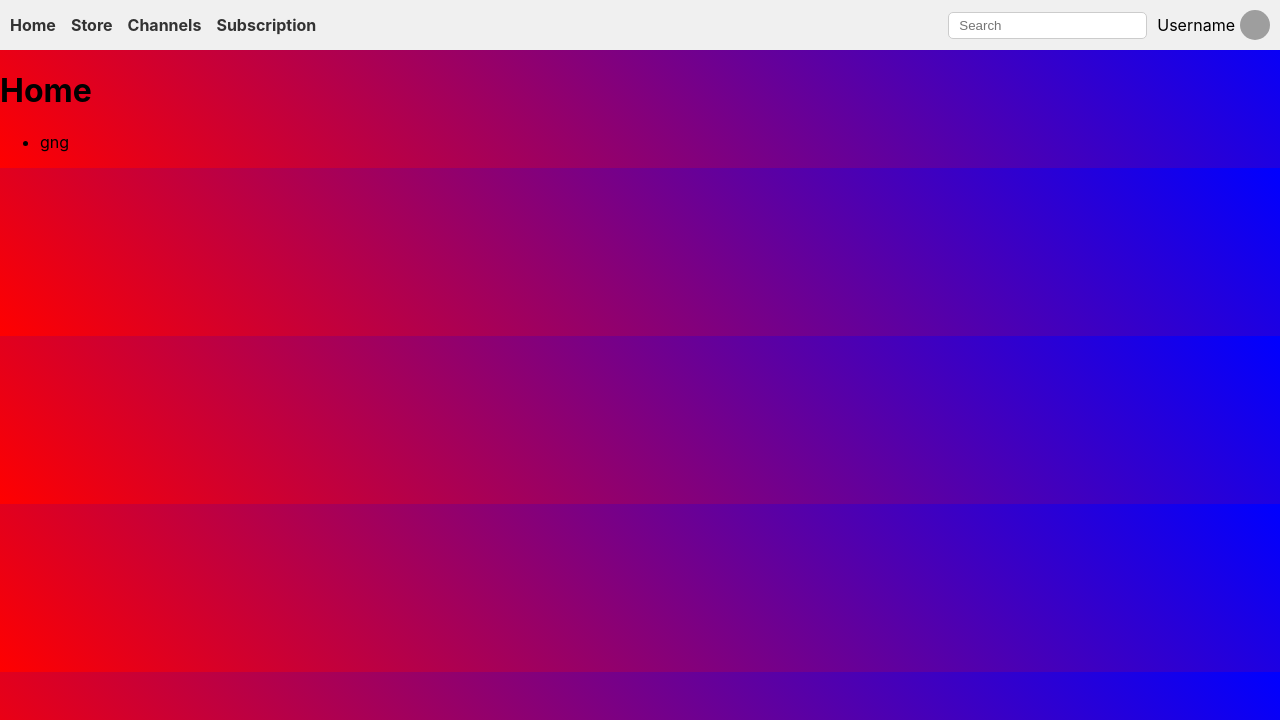
Repository: gordonnrat/group-2-project
Page: / (app in source-code/)
These files come from the project's save history. The page is drawn as it stood at one moment and after a run of saves; the edit follows.
The browser window is 1280 px wide. The pictures show the whole page.
Pictures or frames that could not be fetched are drawn as grey boxes. The project was rebuilt for these pictures with package versions that can differ from the ones it lists, and the page was loaded fresh each time. Also part of the build but not shown: source-code/src/App.css, source-code/src/App.js, source-code/src/components/pages/Login.js.

Above is the page before, as saved 2023-07-20 15:41:17.

### source-code/src/index.js
import React from 'react';
import ReactDOM from 'react-dom';
import './index.css';
import reportWebVitals from './reportWebVitals';
import {
  BrowserRouter as Router,
  Routes,
  Route,
  Link
} from "react-router-dom";

import App from './App';
import Home from './components/pages/Home';
import Login from './components/pages/Login';

ReactDOM.render(
  <React.StrictMode>
    <Router>
      <Routes>
        <Route path="/" element={<Home />} />
        <Route path="/login" element={<Login />} />
        {/* Add more routes here */}
        <Route path="/group-2-project" element={<Link to="/" />} />
      </Routes>
    </Router>
  </React.StrictMode>,
  document.getElementById('root')
);

// If you want to start measuring performance in your app, pass a function
// to log results (for example: reportWebVitals(console.log))
// or send to an analytics endpoint. Learn more: https://bit.ly/CRA-vitals
reportWebVitals();

### source-code/src/index.css
body {
  margin: 0;
  font-family: -apple-system, BlinkMacSystemFont, 'Segoe UI', 'Roboto', 'Oxygen',
    'Ubuntu', 'Cantarell', 'Fira Sans', 'Droid Sans', 'Helvetica Neue',
    sans-serif;
  -webkit-font-smoothing: antialiased;
  -moz-osx-font-smoothing: grayscale;
}

code {
  font-family: source-code-pro, Menlo, Monaco, Consolas, 'Courier New',
    monospace;
}

body {
  background: linear-gradient(45deg, red, blue);
}

### source-code/src/components/pages/Home.js
import Navbar from "../Navbar";

function Home() {
    return(
        <div>
            <Navbar />
            <h1>Home</h1>
            <ul>
                <li>gng</li>
            </ul>
        </div>
    )
}

export default Home

### source-code/src/components/Navbar.js
import { Link } from "react-router-dom";
import "./Navbar.css";

function Navbar() {
  return (
    <nav className="navbar">
      <ul className="left-nav">
        <li>
          <Link to="/">
            <i className="fas fa-home"></i> Home
          </Link>
        </li>
        <li>
          <Link to="/Store">
            <i className="fas fa-store"></i> Store
          </Link>
        </li>
        <li>
          <Link to="/Channels">
            <i className="fas fa-tv"></i> Channels
          </Link>
        </li>
        <li>
          <Link to="/Subscription">
            <i className="fas fa-newspaper"></i> Subscription
          </Link>
        </li>
      </ul>
      <div className="right-nav">
        <input type="text" placeholder="Search" />
        <div className="user-section">
          {/* Your user-related elements can go here */}
          <span>Username</span>
          <img src="user_avatar.png" alt="User Avatar" />
        </div>
      </div>
    </nav>
  );
}

export default Navbar;

### source-code/src/components/Navbar.css
/* Navbar.css */

.navbar {
    background-color: #f0f0f0;
    padding: 10px;
    display: flex;
    justify-content: space-between;
    align-items: center;
}

.left-nav {
    list-style-type: none;
    margin: 0;
    padding: 0;
    display: flex;
    align-items: center;
}

.left-nav li {
    margin-right: 15px;
}

.left-nav li:last-child {
    margin-right: 0;
}

.left-nav li a {
    text-decoration: none;
    color: #333;
    font-size: 16px;
    font-weight: bold;
}

.left-nav li a:hover {
    color: #555;
}

.right-nav {
    display: flex;
    align-items: center;
}

.right-nav input[type="text"] {
    padding: 5px 10px;
    border: 1px solid #ccc;
    border-radius: 5px;
    margin-right: 10px;
}

.user-section {
    display: flex;
    align-items: center;
}

.user-section span {
    margin-right: 5px;
}

.user-section img {
    width: 30px;
    height: 30px;
    border-radius: 50%;
}

Loaded but not shown: source-code/public/index.html (common file); source-code/src/reportWebVitals.js (common file)

After the next 2 saves:
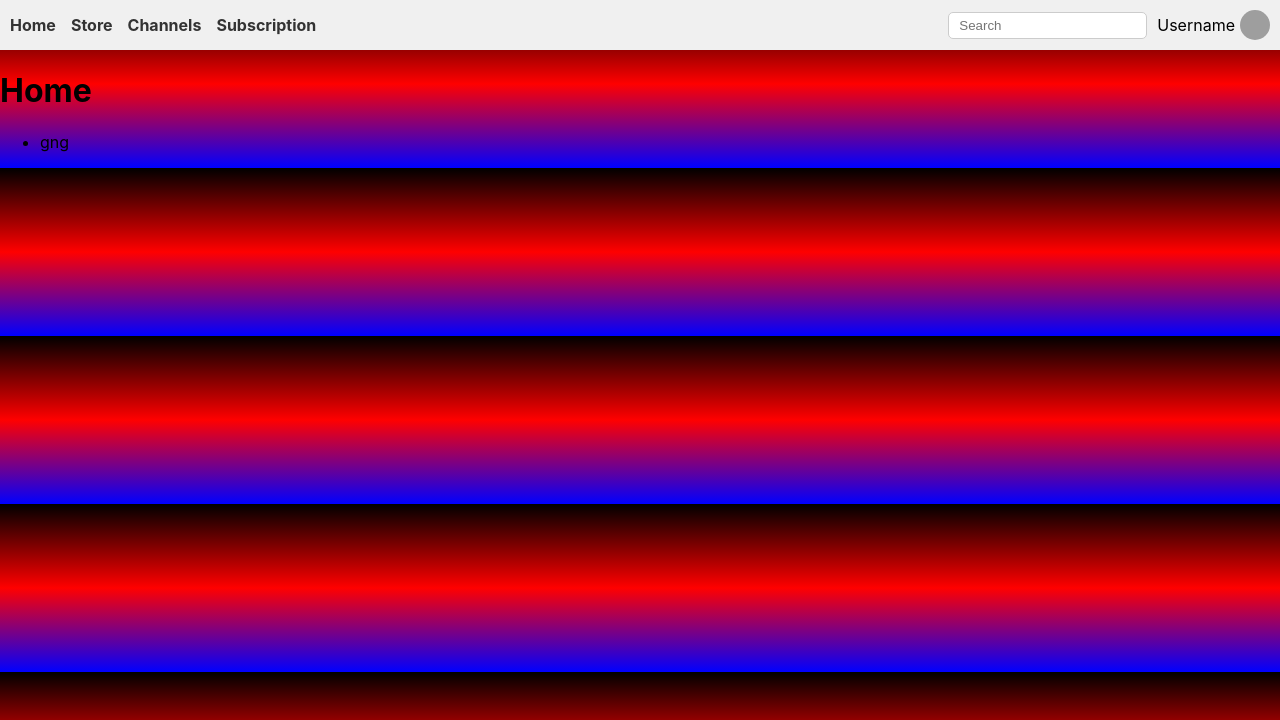
The 2 saves are shown as one change because they came seconds apart.
The last was saved 87 s later.
--- a/source-code/src/index.css
+++ b/source-code/src/index.css
@@ -13,5 +13,5 @@ code {
 }
 
 body {
-  background: linear-gradient(45deg, red, blue);
+  background: linear-gradient(black, red, blue);
 }
